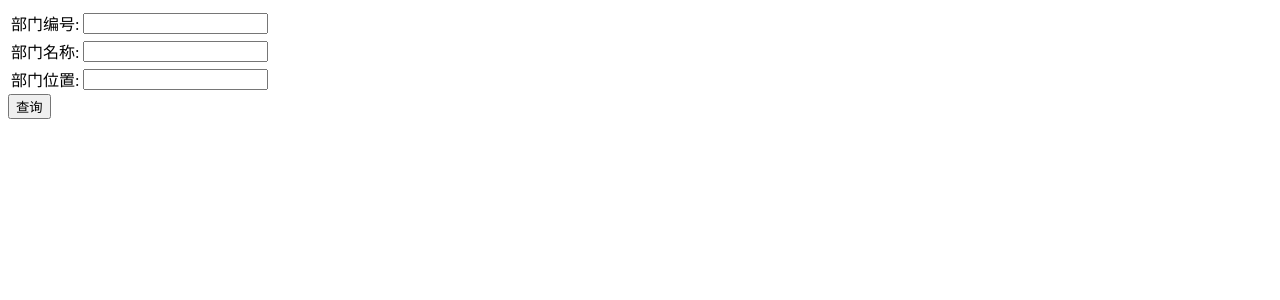
Repository: jianminghao/ssiProject
Page: http://localhost/myssiProject/dept.jsp
An editor plug-in stored every save of this project. The page is shown before and after the next save, followed by the edit.
The browser window is 1280 px wide. The pictures show the whole page.
The page is served by Tomcat 9.

Above is the page before, as saved 2020-03-05 02:12:50.
Console error: ReferenceError: $ is not defined

After the next save:
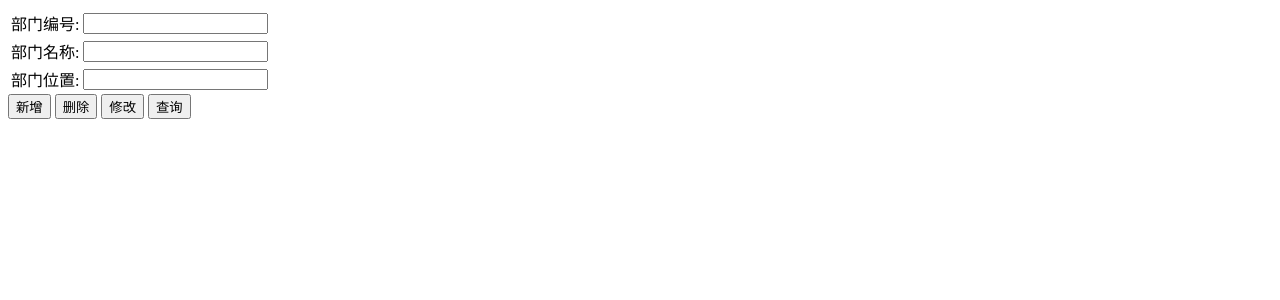
Saved 17 s later.
--- a/myssiProject/WebContent/dept.jsp
+++ b/myssiProject/WebContent/dept.jsp
@@ -81,22 +81,7 @@
 				 <td><input type="text" id="loc" name="deptInfo.loc"></td>
 			</tr>
 		</table>
-		<input type="submit" value="查询">
-	<!-- <div>
-		<button class="btn" name="insert" value="1">
-			新增
-		</button>
-		<button class="btn" name="delete" value="2">
-			删除
-		</button>
-		<button class="btn" name="update" value="3">
-			修改
-		</button>
-		<button class="btn" name="query" value="4">
-			查询
-		</button>
-	</div> -->
-		<!-- <button class="btn" name="insert" onclick="insert()">
+		<button class="btn" name="insert" onclick="insert()">
 			<span>新增</span>
 		</button>
 		<button class="btn" name="delete" onclick="deleteInfo()">
@@ -107,7 +92,7 @@
 		</button>
 		<button class="btn" name="query" onclick="query()">
 			<span>查询</span>
-		</button> -->
+		</button>
 	</form>
 </body>
 </html>
